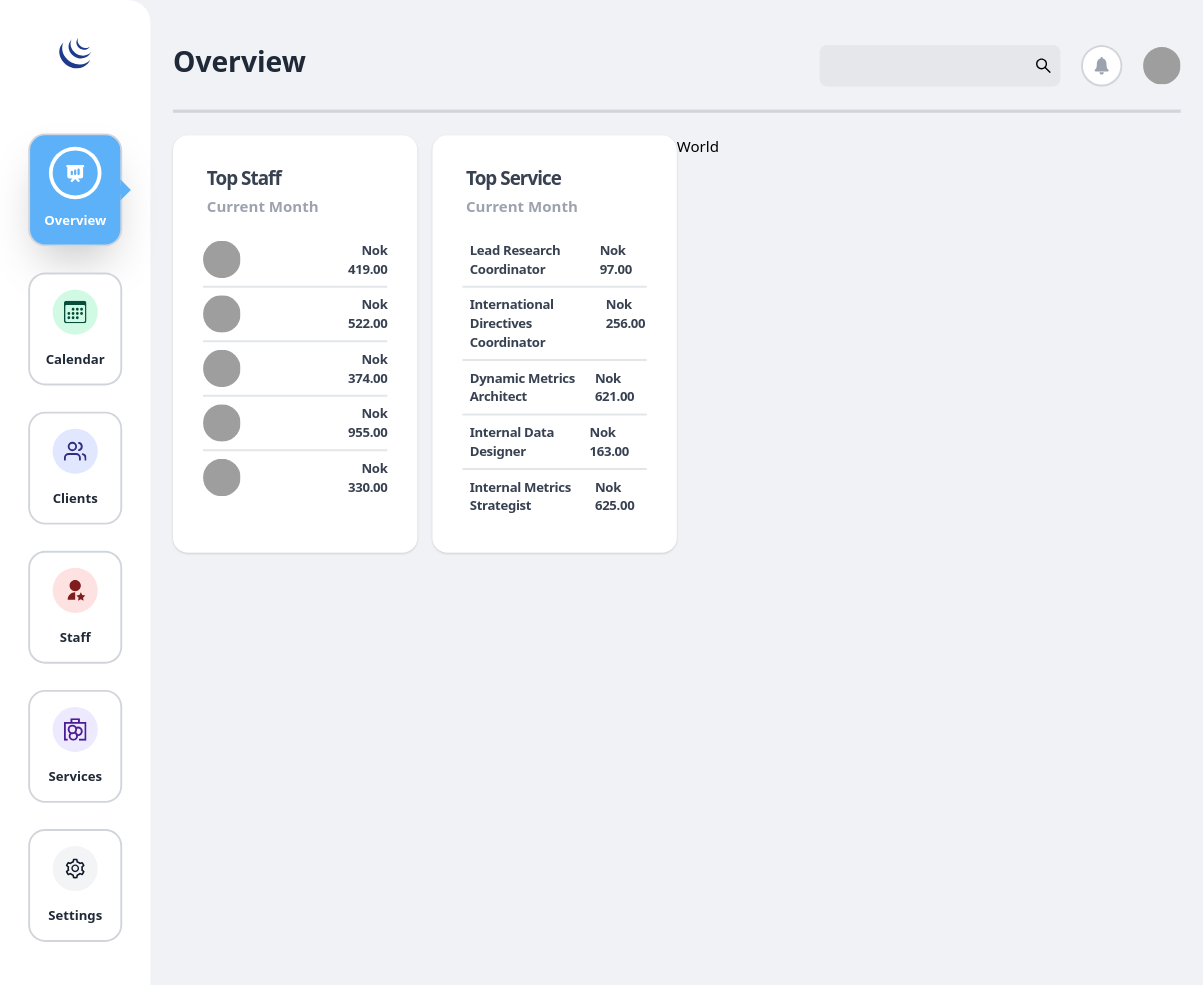
Repository: coolronts/dashboard
Page: /
An editor plug-in stored every save of this project. The page is shown before and after the next save, followed by the edit.
The browser window is 1280 px wide. The pictures show the whole page, at 94% of full size.
Pictures or frames that could not be fetched are drawn as grey boxes. The project was rebuilt for these pictures with package versions that can differ from the ones it lists, and the page was loaded fresh each time. Also part of the build but not shown: craco.config.js.

Above is the page before, as saved 2021-11-28 02:42:08.

After the next save:
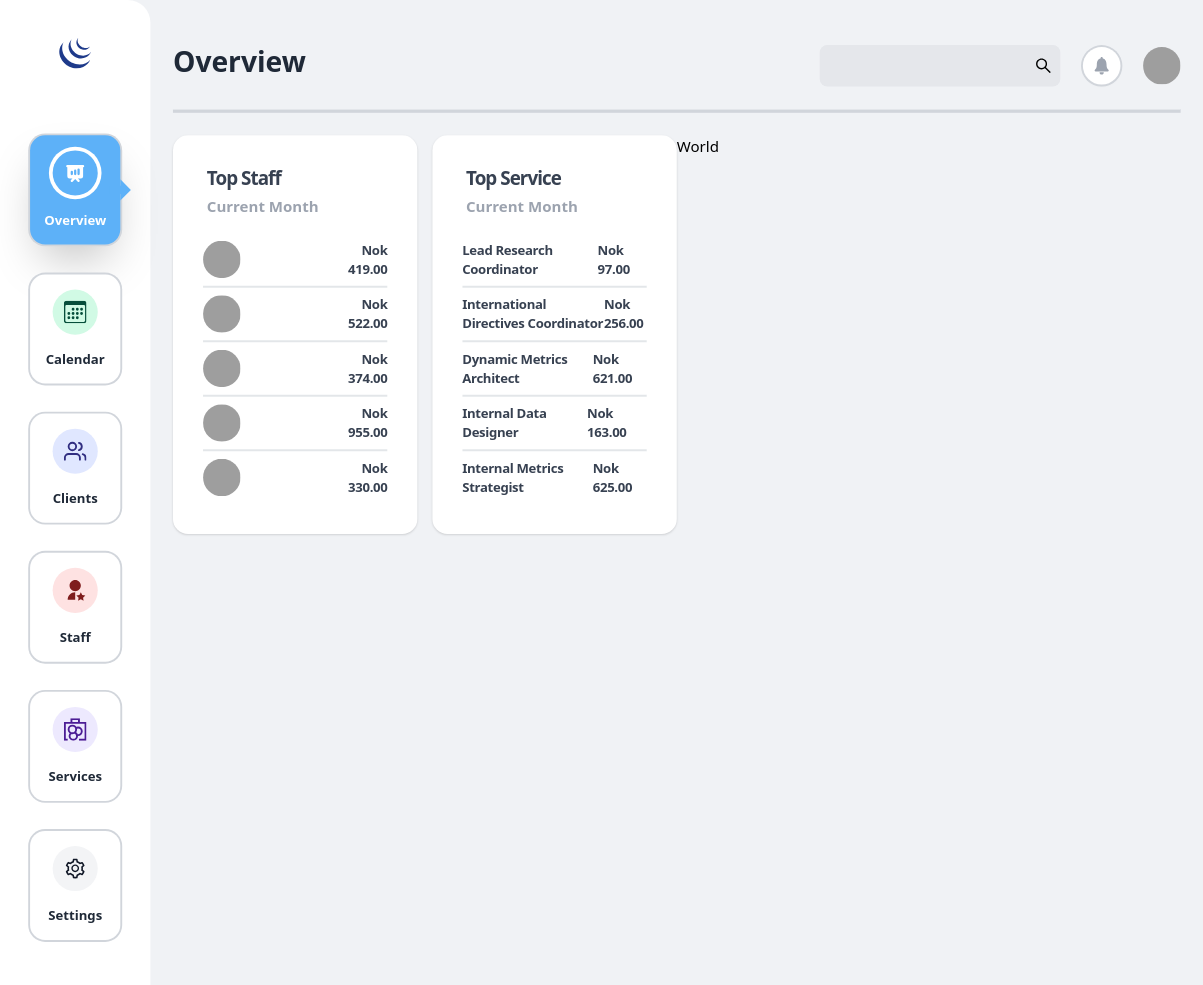
Saved 11 s later.
--- a/src/Units/TopService/index.tsx
+++ b/src/Units/TopService/index.tsx
@@ -31,8 +31,8 @@ const TopService: React.FC = () => {
           {data.map((item, i) => (
             <div className={styles.row} key={i}>
               <div className="flex justify-between">
-                <p className="ml-2">{item.position}</p>
-                <p className="">Nok {item.price}</p>
+                <p>{item.position}</p>
+                <p>Nok {item.price}</p>
               </div>
             </div>
           ))}
